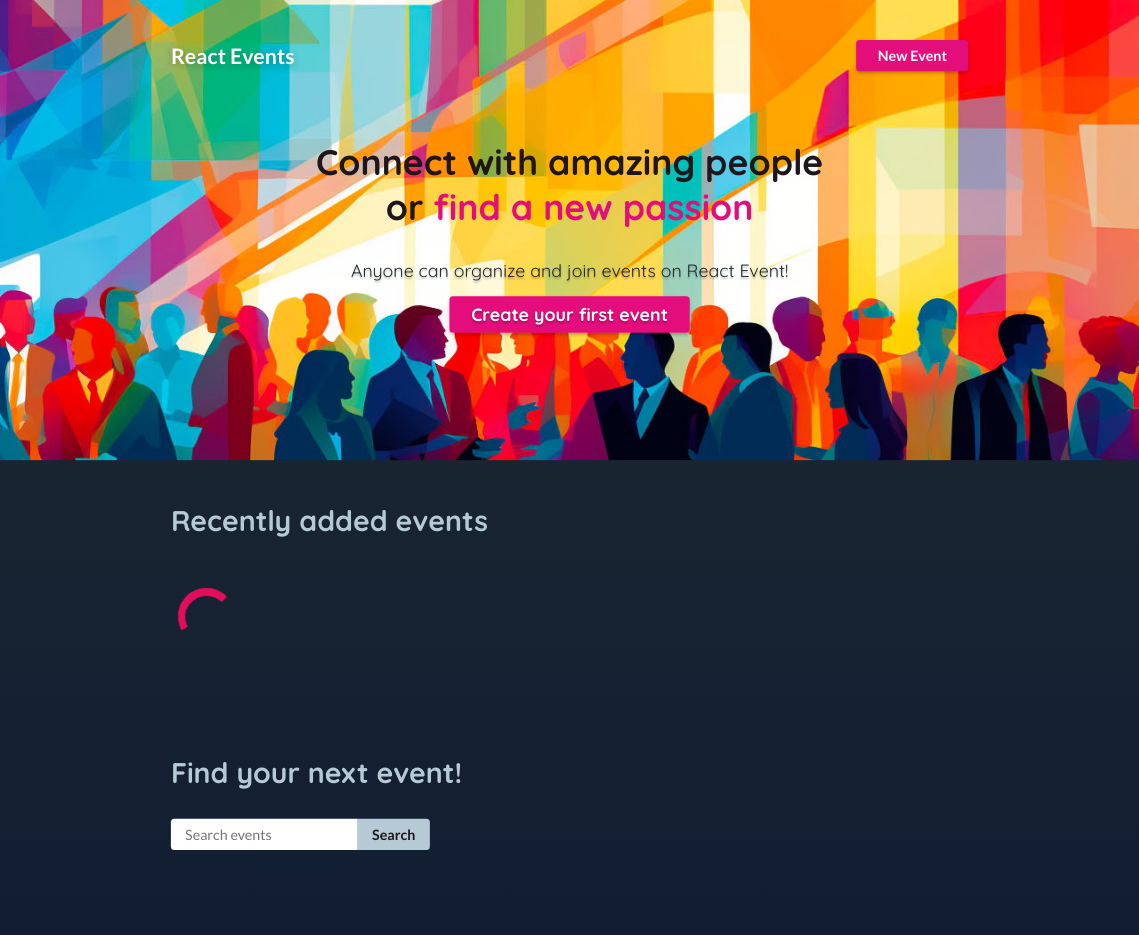
Repository: otvertka/MSC_24_react-query2
Page: /
An editor plug-in stored every save of this project. The page is shown before and after the next save, followed by the edit.
The browser window is 1280 px wide. The pictures show the whole page, at 89% of full size.
The page's requests for data from a server got no answer. The project was rebuilt for these pictures with package versions that can differ from the ones it lists, and the page was loaded fresh each time. No one was signed in, and anything a server would have sent is missing. Also part of the build but not shown: vite.config.js, src/components/UI/ErrorBlock.jsx, src/components/Events/EventItem.jsx, src/components/Events/EventDetails.jsx, src/components/UI/Modal.jsx, src/components/ImagePicker.jsx, src/components/Events/EventForm.jsx, src/components/Events/NewEvent.jsx. Imported but missing from the stored project, and not drawn on this page: src/components/Events/EditEvent.jsx.

Above is the page before, as saved 2023-09-04 16:22:25.

After the next save:
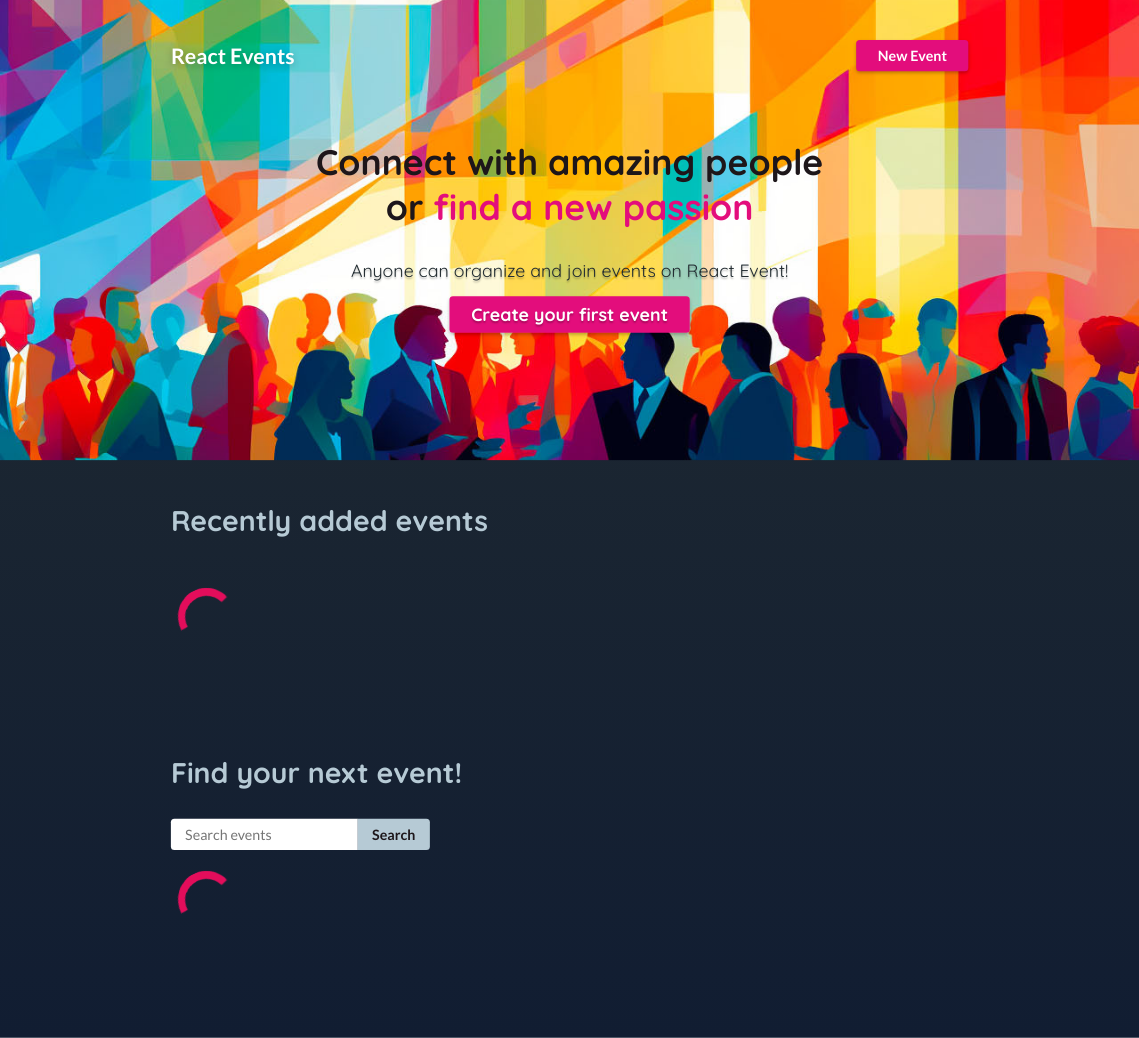
Saved 25 s later.
--- a/src/components/Events/FindEventSection.jsx
+++ b/src/components/Events/FindEventSection.jsx
@@ -54,6 +54,7 @@ export default function FindEventSection() {
           <button>Search</button>
         </form>
       </header>
+      {content}
     </section>
   );
 }
